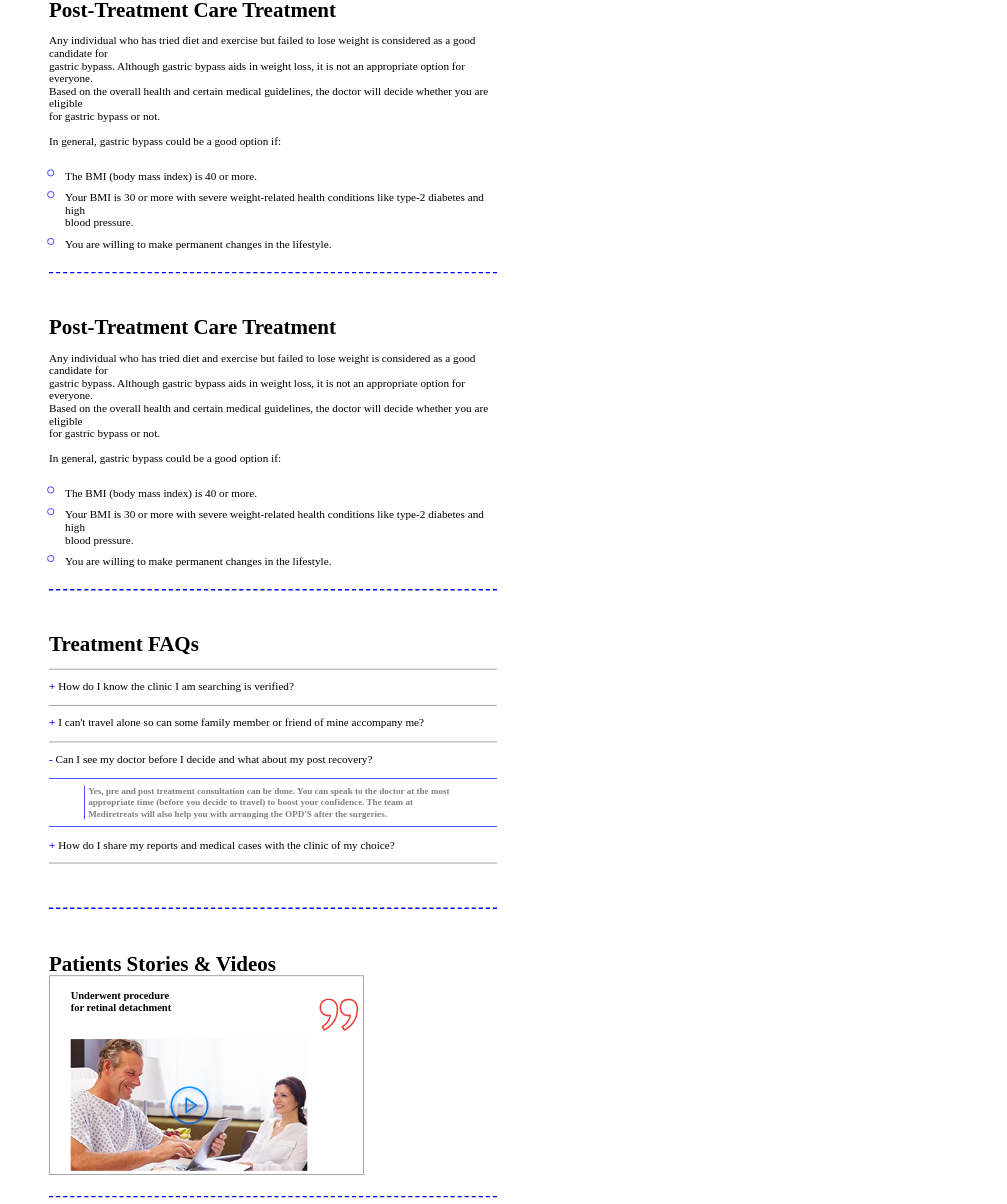
Repository: hetuk2005/webDevelopment
Page: Projects/Aafiya.html
These files come from the project's save history. The page is drawn as it stood at one moment and after the next save; the edit follows.
The browser window is 1280 px wide. The page is 1438 px wide, so the pictures cover 1438 px, including what lies to the right of the window. The pictures show the part of the page from y = 2759 to 4479 px (the page is 4479 px tall), at 70% of full size.

Above is the page before, as saved 2025-04-08 10:40:35.

### Projects/Aafiya.html
<!DOCTYPE html>
<html lang="en">

<head>
    <meta charset="UTF-8" />
    <meta name="viewport" content="width=device-width, initial-scale=1.0" />
    <title>Hetuk</title>
    <link rel="stylesheet" href="./CSS/Aafiya.css" />
</head>

<body>
    <nav>
        <div class="child1">
            <div class="images">
                <img src="./Images/Aafiya Logo.svg" alt="Aafiya Logo" class="img1" /><br />
                <img src="./Images/Logo 2.png" alt="Logo" class="img2" />
            </div>
            <div class="image_text">
                <div class="book_text">
                    <img src="./Images/Book.svg" alt="Book" class="img3" />
                    <div class="grid">
                        <br />
                        <p class="text">Second Medical Option</p>
                        <p class="text1">Book Consultation</p>
                    </div>
                </div>
                <div class="call_text">
                    <img src="./Images/Call.svg" alt="Call" class="img4" /><br />
                    <div class="grid">
                        <br />
                        <p class="text">Call Us On</p>
                        <p class="text1">985 896 2222</p>
                    </div>
                </div>
                <div class="mail_text">
                    <img src="./Images/Mail.png" alt="Mail" class="img5" />
                    <div class="grid">
                        <br />
                        <p class="text">Email Us On</p>
                        <p class="text1">info@mediretreats.com</p>
                    </div>
                </div>
                <div class="India">
                    <img src="./Images/India.svg" alt="India Flag" class="img6" />
                    <img src="./Images/Dropdown Arrow.svg" alt="Dropdown Arrow" class="img7" />
                </div>
            </div>
        </div>
        <div class="child2">
            <ul>
                <li>Home</li>
                <li>About Us</li>
                <li>Treatments +</li>
                <li>Destinations +</li>
                <li>Hospitals</li>
                <li>FAQs</li>
                <li>Blog</li>
                <li>Request A Quote</li>
            </ul>
            <input type="search" placeholder="Search" />
        </div>
    </nav>
    <div class="home_img">
        <div class="home_child">
            <p class="home_content">Home</p>
            <span> > </span>
            <p class="home_content">Treatments</p>
            <span> > </span>
            <p class="home_content">Orthopaedics</p>
            <span> > </span>
            <p class="home_content">Knee Replacement</p>
        </div>
        <br />
        <h3>Total Knee Replacement</h3>
        <p class="home_description">
            Total knee replacement is a surgery to remove and replace the whole<br /> damaged knee joint with an artificial joint.
        </p>
        <br />
        <button class="enquire_now">Enquire Now</button>
    </div>
    <div class="nav2">
        <ul>
            <li class="list">Overview</li>
            <li>Eligibility</li>
            <li>Preparation</li>
            <li>About Treatment</li>
            <li>Post-Treatment Care</li>
            <li>Recovery Tips</li>
            <li>FAQs</li>
            <li>Patients Stories</li>
        </ul>
    </div>
    <div class="treatment_overview">
        <div class="treatment_text">
            <h3>Treatment Overview</h3>
            <br />
            <p>
                Lorem ipsum dolor sit amet consectetur adipisicing elit.<br /> Earum, culpa vel debitis incidunt non quis.
            </p>
            <br />
            <p>
                Lorem ipsum dolor sit amet consectetur adipisicing elit.<br /> aliquam repudiandae, corporis consectetur dolorem eum.<br /> facilis quasi, praesentium inventore expedita quo hic.
            </p>
            <br />
            <p>
                Lorem ipsum dolor sit amet culpa vel debitis<br /> consectetur, adipisicing elit. Adipisci, nemo.
            </p>
            <br />
        </div>
        <div class="treatment_img">
            <img src="./Images/treatment_overview (1).jpg" alt="Image" />
        </div>
    </div>
    <div class="eligibility_for_treatment">
        <div class="eligibility_text">
            <h3>Eligibility For Treatment</h3>
            <br />
            <p>
                Any individual who has tried diet and exercise but failed to lose weight is considered as a good candidate for<br /> gastric bypass. Although gastric bypass aids in weight loss, it is not an appropriate option for everyone.<br /> Based
                on the overall health and certain medical guidelines, the doctor will decide whether you are eligible<br /> for gastric bypass or not.
            </p>
            <br />
            <p>In general, gastric bypass could be a good option if:</p>
            <br />
            <ul>
                <li>The BMI (body mass index) is 40 or more.</li>
                <li>
                    Your BMI is 30 or more with severe weight-related health conditions like type-2 diabetes and high<br /> blood pressure.
                </li>
                <li>You are willing to make permanent changes in the lifestyle.</li>
            </ul>
        </div>
        <br /><br /><br />
        <div class="eligibility_form">
            <h3>Need Help?</h3>
            <br />
            <p>
                Just let us know. We will be happy to<br /> assist you.
            </p>
            <br /><br />
            <form>
                <input type="text" placeholder="Full Name" /><br /><br />
                <input type="email" placeholder="Email" /><br /><br />
                <input type="tel" placeholder="Phone Number" /><br /><br />
                <input type="textarea" placeholder="Describe Your Treatment Requirement" class="textarea" /><br /><br />
                <button class="Enquiry">Send Enquiry</button>
            </form>
        </div>
    </div>
    <div class="preparation_of_treatment">
        <h3>Preparation Of Treatment</h3>
        <br />
        <p>
            Any individual who has tried diet and exercise but failed to lose weight is considered as a good candidate for<br /> gastric bypass. Although gastric bypass aids in weight loss, it is not an appropriate option for everyone.<br /> Based on
            the overall health and certain medical guidelines, the doctor will decide whether you are eligible<br /> for gastric bypass or not.
        </p>
        <br />
        <p>In general, gastric bypass could be a good option if:</p>
        <br />
        <ul>
            <li>The BMI (body mass index) is 40 or more.</li>
            <li>
                Your BMI is 30 or more with severe weight-related health conditions like type-2 diabetes and high<br /> blood pressure.
            </li>
            <li>You are willing to make permanent changes in the lifestyle.</li>
        </ul>
    </div>
    <div class="about_treatment">
        <h3>About Treatment</h3>
        <br />
        <p>
            Any individual who has tried diet and exercise but failed to lose weight is considered as a good candidate for<br /> gastric bypass. Although gastric bypass aids in weight loss, it is not an appropriate option for everyone.<br /> Based on
            the overall health and certain medical guidelines, the doctor will decide whether you are eligible<br /> for gastric bypass or not.
        </p>
        <br />
        <p>In general, gastric bypass could be a good option if:</p>
        <br />
        <ul>
            <li>The BMI (body mass index) is 40 or more.</li>
            <li>
                Your BMI is 30 or more with severe weight-related health conditions like type-2 diabetes and high<br /> blood pressure.
            </li>
            <li>You are willing to make permanent changes in the lifestyle.</li>
        </ul>
    </div>
    <div class="post_treatment">
        <h3>Post-Treatment Care Treatment</h3>
        <br />
        <p>
            Any individual who has tried diet and exercise but failed to lose weight is considered as a good candidate for<br /> gastric bypass. Although gastric bypass aids in weight loss, it is not an appropriate option for everyone.<br /> Based on
            the overall health and certain medical guidelines, the doctor will decide whether you are eligible<br /> for gastric bypass or not.
        </p>
        <br />
        <p>In general, gastric bypass could be a good option if:</p>
        <br />
        <ul>
            <li>The BMI (body mass index) is 40 or more.</li>
            <li>
                Your BMI is 30 or more with severe weight-related health conditions like type-2 diabetes and high<br /> blood pressure.
            </li>
            <li>You are willing to make permanent changes in the lifestyle.</li>
        </ul>
    </div>
    <div class="treatment_recovery">
        <h3>Post-Treatment Care Treatment</h3>
        <br />
        <p>
            Any individual who has tried diet and exercise but failed to lose weight is considered as a good candidate for<br /> gastric bypass. Although gastric bypass aids in weight loss, it is not an appropriate option for everyone.<br /> Based on
            the overall health and certain medical guidelines, the doctor will decide whether you are eligible<br /> for gastric bypass or not.
        </p>
        <br />
        <p>In general, gastric bypass could be a good option if:</p>
        <br />
        <ul>
            <li>The BMI (body mass index) is 40 or more.</li>
            <li>
                Your BMI is 30 or more with severe weight-related health conditions like type-2 diabetes and high<br /> blood pressure.
            </li>
            <li>You are willing to make permanent changes in the lifestyle.</li>
        </ul>
    </div>
    <div class="treatment_faqs">
        <h3>Treatment FAQs</h3>
        <br />
        <p>How do I know the clinic I am searching is verified?</p>
        <br />
        <p>
            I can't travel alone so can some family member or friend of mine accompany me?
        </p>
        <br />
        <p class="answered">
            Can I see my doctor before I decide and what about my post recovery?
        </p>
        <br />
        <p class="answer">
            <span class="left">
          Yes, pre and post treatment consultation can be done. You can speak to
          the doctor at the most<br />
          appropriate time (before you decide to travel) to boost your
          confidence. The team at<br />
          Mediretreats will also help you with arranging the OPD'S after the
          surgeries.
        </span>
        </p>
        <br />
        <a class="bottom">
        How do I share my reports and medical cases with the clinic of my
        choice?
      </a>
        <br />
    </div>
    <div class="patient_stories">
        <h3>Patients Stories & Videos</h3>
        <div class="stories_img">
            <div class="text1">
                <p class="stories_text">Underwent procedure<br> for retinal detachment</p>
                <img src="./Images/Quotes.svg" alt="Quotes" class="quotes">
            </div>
            <img src="./Images/Patient_Stories.png" alt="Image Of Patient" class="patients" />
        </div>
    </div>
</body>

</html>

### Projects/CSS/Aafiya.css
* {
    margin: 0;
    padding: 0;
    box-sizing: border-box;
}

nav {
    width: 100%;
}

.child1 {
    display: flex;
    padding-top: 15px;
    gap: 20px;
    /* height: 50vh; */
    /* border: 1px solid black; */
    justify-content: space-evenly;
    align-items: center;
}

.img3,
.img4,
.img5 {
    height: 60px;
    width: 60px;
    padding-top: 10px;
    object-fit: contain;
}

.book_text,
.call_text,
.mail_text {
    display: flex;
    width: 250px;
    /* border: 1px solid red; */
    justify-content: center;
    padding-bottom: 15px;
}

.grid {
    display: grid;
    text-align: left;
    padding-left: 10px;
}

.img1 {
    height: 70px;
    width: 300px;
    object-fit: contain;
}

.img2 {
    height: 80px;
    width: 70px;
    object-fit: contain;
}

.image_text {
    display: flex;
    gap: 20px;
    padding-right: 50px;
}

.images {
    display: flex;
    gap: 25px;
    padding-left: 50px;
    justify-content: center;
    align-items: center;
}

.text1 {
    font-weight: bolder;
    font-size: 15px;
}

.text {
    font-weight: bold;
    color: gray;
    font-size: 15px;
}

.India {
    display: flex;
    padding-left: 5px;
    justify-content: center;
    gap: 8px;
}

.India>.img6 {
    height: 50px;
    /* width: 50px; */
    padding-top: 10px;
    object-fit: contain;
}

.India>.img7 {
    height: 40px;
    /* width: 40px; */
    padding-top: 23px;
    object-fit: contain;
}

.child2 {
    display: flex;
    padding-top: 10px;
    /* border: 1px solid black; */
    justify-content: space-evenly;
    align-items: center;
    color: white;
    padding-bottom: 10px;
    background-color: rgb(125, 163, 244);
}

.child2>ul {
    list-style-type: none;
    display: flex;
    gap: 60px;
    justify-content: center;
    font-weight: bold;
    align-items: center;
    font-size: larger;
    padding-right: 60px;
}

.child2>input {
    height: 45px;
    background-color: rgb(125, 163, 244);
    width: 200px;
    padding-left: 10px;
    font-weight: bold;
    border: 2px solid black;
}

.child2>input::placeholder {
    color: white;
    text-align: center;
    font-size: large;
    font-weight: bolder;
    opacity: 0.8;
}

.home_img {
    background-image: url(../Images/Main\ Image.jpg);
    background-position: center center;
    background-size: cover;
    background-repeat: no-repeat;
    padding: 80px 0;
    padding-left: 70px;
    position: relative;
    color: white;
}

.home_img>.home_child {
    display: flex;
    gap: 20px;
}

.home_img>.home_child>.home_content,
span {
    font-size: 20px;
    font-weight: bold;
}

.home_img>h3 {
    font-size: 37px;
    font-weight: bolder;
    margin-bottom: 15px;
}

.home_img>.home_description {
    font-size: 19px;
    margin-bottom: 25px;
    font-weight: bold;
}

.home_img>.home_child>span {
    color: red;
}

.home_img>.enquire_now {
    background-color: #1da1f2;
    font-weight: bold;
    color: white;
    font-size: 17px;
    width: 170px;
    height: 40px;
}

.nav2>ul {
    list-style-type: none;
    display: flex;
    gap: 50px;
    padding-left: 60px;
    padding-top: 25px;
    padding-bottom: 20px;
    border-bottom: 2px solid gray;
    font-size: larger;
    font-weight: 300;
}

.nav2>ul>.list:hover {
    text-decoration: underline;
}

.treatment_overview {
    display: flex;
    width: 100%;
    gap: 50px;
    margin-bottom: 10px;
    border-bottom: 2px dashed blue;
    margin-left: 70px;
}

.treatment_overview>.treatment_text {
    padding-top: 67px;
    padding-bottom: 50px;
}

.treatment_overview>.treatment_text>p {
    font-size: 25px;
    padding-bottom: 25px;
}

.treatment_overview>.treatment_text>h3 {
    font-weight: bold;
    font-size: 30px;
}

.treatment_overview>.treatment_img>img {
    height: 480px;
    width: 700px;
    padding-top: 40px;
    padding-bottom: 40px;
    object-fit: contain;
    margin-right: 70px;
}

.eligibility_for_treatment {
    display: flex;
    width: 100%;
    gap: 80px;
    padding-top: 50px;
    margin-left: 70px;
}

.eligibility_for_treatment>.eligibility_text {
    border-bottom: 2px dashed blue;
}

.eligibility_for_treatment>.eligibility_text>h3 {
    font-size: 30px;
    font-weight: bold;
}

.eligibility_for_treatment>.eligibility_text>ul {
    list-style-type: circle;
    padding-left: 23px;
}

.eligibility_for_treatment>.eligibility_text>ul>li::marker {
    color: blue;
    font-size: 30px;
    font-weight: bold;
}

.eligibility_for_treatment>.eligibility_form>h3 {
    font-size: 35px;
    color: blue;
    font-weight: bold;
    font-style: italic;
}

.eligibility_form {
    box-shadow: 0 0 10px rgba(0, 0, 0, 0.4);
    border-radius: 7px;
    padding: 20px;
}

.eligibility_for_treatment>.eligibility_form>p {
    font-size: 20px;
}

.eligibility_for_treatment>.eligibility_form>form>input {
    height: 40px;
    width: 300px;
    gap: 20px;
    border: 2px solid black;
    border-radius: 7px;
}

.eligibility_for_treatment>.eligibility_form>form>input::placeholder {
    color: gray;
    padding-left: 15px;
}

.eligibility_for_treatment>.eligibility_form>form>.textarea {
    height: 100px;
    width: 300px;
    border: 2px solid black;
    border-radius: 7px;
}


/*.eligibility_for_treatment>.eligibility_form>form>.textarea::placeholder {
    padding-bottom: 70px;
}*/

.eligibility_for_treatment>.eligibility_form>form>button {
    background: linear-gradient(to right, #00aaff, #66ccff);
    color: white;
    width: 100%;
    border-radius: 7px;
    border: none;
    height: 45px;
}

.preparation_of_treatment>h3 {
    font-size: 30px;
    font-weight: bold;
}

.preparation_of_treatment {
    border-bottom: 2px dashed blue;
    margin-bottom: 10px;
    padding-bottom: 30px;
    gap: 50px;
    padding-top: 50px;
    margin-left: 70px;
    width: 50%;
}

.preparation_of_treatment>ul {
    list-style-type: circle;
    padding-left: 23px;
}

.preparation_of_treatment>ul>li::marker {
    color: blue;
    font-size: 30px;
    font-weight: bold;
}

.about_treatment {
    border-bottom: 2px dashed blue;
    margin-bottom: 10px;
    padding-bottom: 30px;
    gap: 50px;
    padding-top: 50px;
    margin-left: 70px;
    width: 50%;
}

.about_treatment>ul {
    list-style-type: circle;
    padding-left: 23px;
}

.about_treatment>ul>li::marker {
    color: blue;
    font-size: 30px;
    font-weight: bold;
}

.about_treatment>h3 {
    font-size: 30px;
    font-weight: bold;
}

.post_treatment {
    border-bottom: 2px dashed blue;
    margin-bottom: 10px;
    padding-bottom: 30px;
    gap: 50px;
    padding-top: 50px;
    margin-left: 70px;
    width: 50%;
}

.post_treatment>ul {
    list-style-type: circle;
    padding-left: 23px;
}

.post_treatment>ul>li::marker {
    color: blue;
    font-size: 30px;
    font-weight: bold;
}

.post_treatment>h3 {
    font-size: 30px;
    font-weight: bold;
}

.treatment_recovery {
    border-bottom: 2px dashed blue;
    margin-bottom: 10px;
    padding-bottom: 30px;
    gap: 50px;
    padding-top: 50px;
    margin-left: 70px;
    width: 50%;
}

.treatment_recovery>ul {
    list-style-type: circle;
    padding-left: 23px;
}

.treatment_recovery>ul>li::marker {
    color: blue;
    font-size: 30px;
    font-weight: bold;
}

.treatment_recovery>h3 {
    font-size: 30px;
    font-weight: bold;
}

.treatment_faqs>h3 {
    font-size: 30px;
    font-weight: bold;
}

.treatment_faqs {
    border-bottom: 2px dashed blue;
    padding-bottom: 45px;
    margin-bottom: 11px;
    gap: 50px;
    padding-top: 50px;
    margin-left: 70px;
    width: 50%;
}

.treatment_faqs>p {
    border-top: 1px solid gray;
    padding-top: 15px;
    counter-reset: value;
}

.treatment_faqs>p::before {
    counter-increment: value;
    content: "+  ";
    font-weight: bold;
    color: blue;
}

.treatment_faqs>.answered {
    counter-reset: value;
}

.treatment_faqs>.answered::before {
    counter-increment: value;
    content: "-  ";
    color: blue;
}

.treatment_faqs>.bottom {
    border-bottom: 1px solid gray;
    display: block;
    padding-bottom: 15px;
    counter-reset: value;
}

.treatment_faqs>.bottom::before {
    counter-increment: value;
    content: "+  ";
    font-weight: bold;
    color: blue;
}

.treatment_faqs>.answer {
    border-top: 1px solid blue;
    border-bottom: 1px solid blue;
    padding-left: 50px;
    padding-top: 10px;
    padding-bottom: 10px;
    counter-reset: value;
}

.treatment_faqs>.answer::before {
    counter-increment: value;
    content: "";
    color: blue;
}

.treatment_faqs>.answer>.left {
    border-left: 1px solid blue;
    display: block;
    font-size: small;
    padding-left: 5px;
    color: gray;
}

.patient_stories {
    border-bottom: 2px dashed blue;
    margin-bottom: 10px;
    padding-bottom: 30px;
    gap: 50px;
    padding-top: 50px;
    margin-left: 70px;
    width: 50%;
}

.patient_stories>h3 {
    font-size: 30px;
    font-weight: bold;
}

.patient_stories>.stories_img {
    border: 1px solid gray;
    width: 450px;
    padding-left: 30px;
    padding-top: 20px;
}

.patient_stories>.stories_img>.text1 {
    display: grid;
    grid-template-columns: repeat(2, 1fr);
    font-size: 15px;
    font-weight: bold;
}

.patient_stories>.stories_img>.text1>.quotes {
    height: 70px;
    width: 70px;
    /* margin-right: 100px; */
    margin-left: 200px;
    object-fit: contain;
}

After the next save:
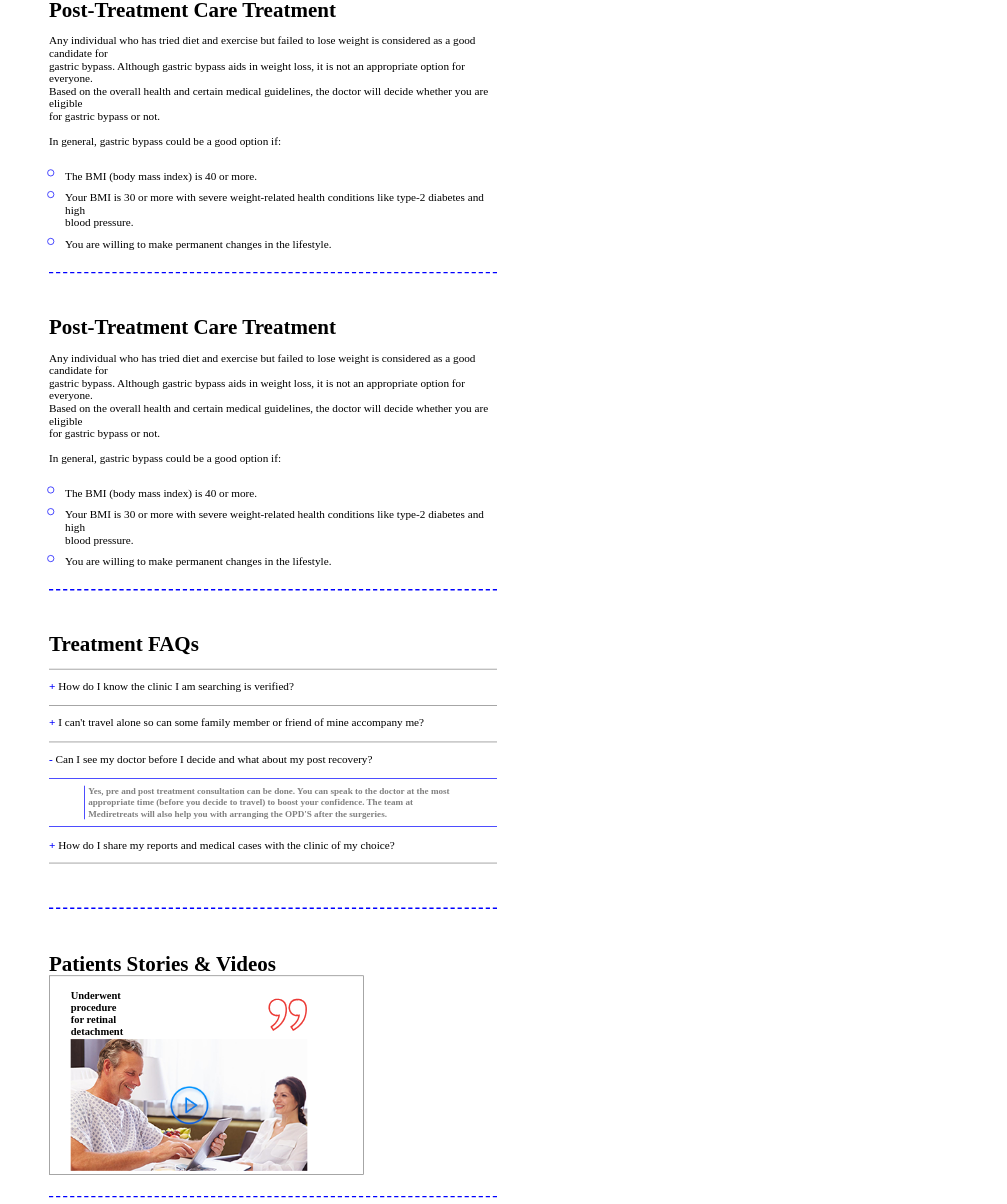
Saved 9 s later.
--- a/Projects/CSS/Aafiya.css
+++ b/Projects/CSS/Aafiya.css
@@ -526,7 +526,7 @@ span {
 .patient_stories>.stories_img>.text1>.quotes {
     height: 70px;
     width: 70px;
-    /* margin-right: 100px; */
+    margin-right: 100px;
     margin-left: 200px;
     object-fit: contain;
 }
